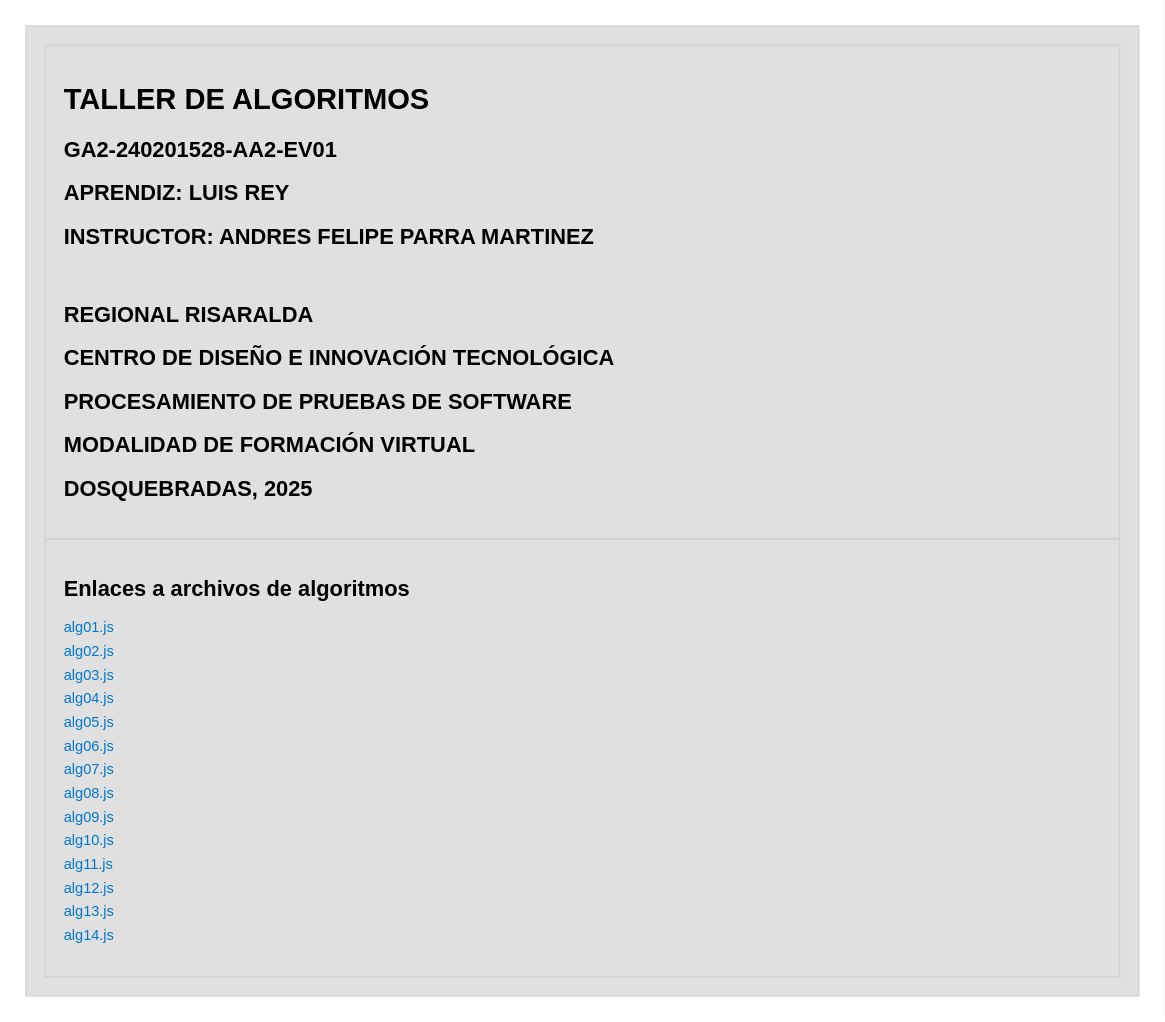
Repository: rlhardrock/SENATallerAlgoritmos01
Page: algoritmo.html
These files come from the project's save history. The page is drawn as it stood at one moment and after a run of saves; the edit follows.
The browser window is 1280 px wide. The pictures show the whole page, at 91% of full size.

Above is the page before, as saved 2025-04-23 16:23:49.

After the next 2 saves:
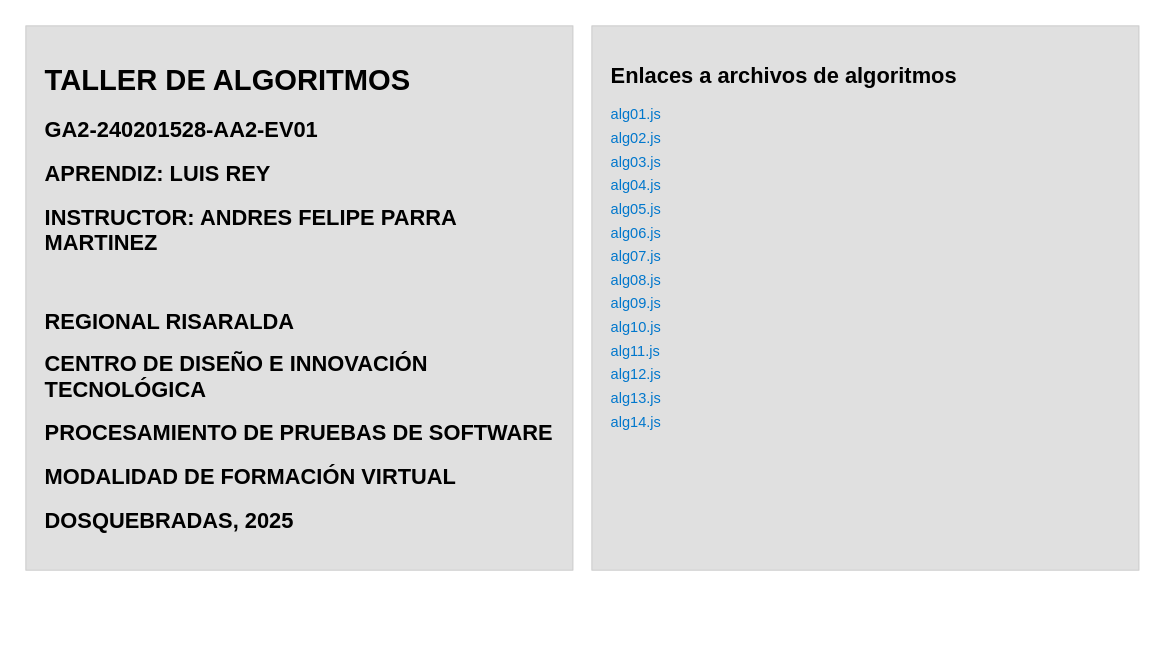
The 2 saves are shown as one change because they came seconds apart.
The last was saved 6 s later.
--- a/algoritmo.html
+++ b/algoritmo.html
@@ -35,7 +35,7 @@
   </style>
 </head>
 <body>
-    <div class="caja">
+    <div class="contenedor">
         <div class="caja">
             <h1>TALLER DE ALGORITMOS</h1>
             <h2>GA2-240201528-AA2-EV01</h2>
